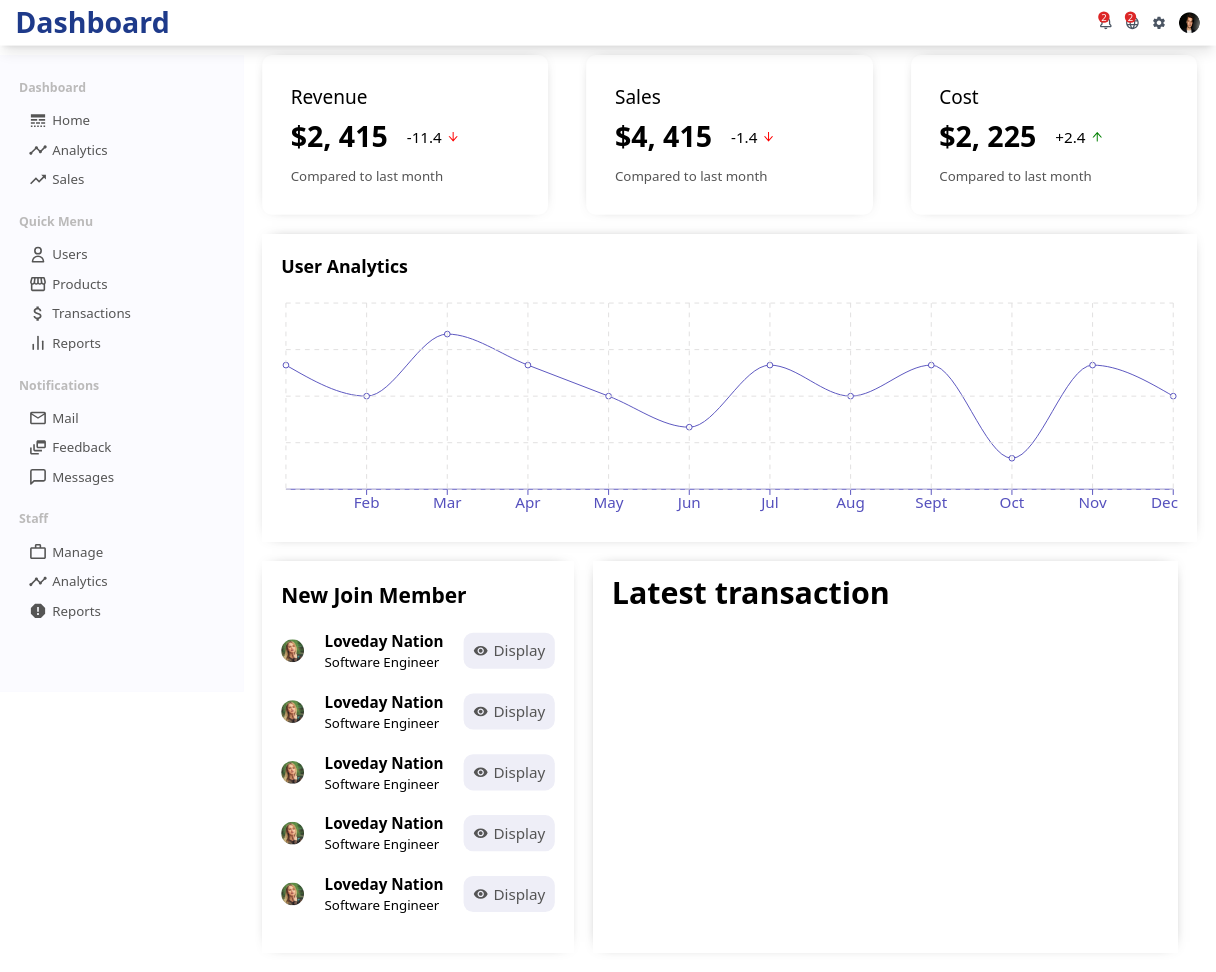
Repository: nation430/React-AdminDashboard
Page: /
The author's editor kept a copy of each file at every save. The page is drawn from the files as they stood at one save, then again after the next save.
The browser window is 1280 px wide. The pictures show the whole page, at 95% of full size.
The project was rebuilt for these pictures with package versions that can differ from the ones it lists, and the page was loaded fresh each time.

Above is the page before, as saved 2022-08-22 13:33:08.

### public/index.html
<!DOCTYPE html>
<html lang="en">
  <head>
    <meta charset="utf-8" />
    <meta name="viewport" content="width=device-width, initial-scale=1" />
    <meta name="theme-color" content="#000000" />
    <meta
      name="description"
      content="Web site created using create-react-app"
    />
    <link rel="preconnect" href="https://fonts.googleapis.com" />
    <link rel="preconnect" href="https://fonts.gstatic.com" crossorigin />
    <link
      href="https://fonts.googleapis.com/css2?family=Source+Sans+Pro:wght@200;300;400;600;700&display=swap"
      rel="stylesheet"
    />

    <title>React Admin Dashboard</title>
  </head>
  <body>
    <noscript>You need to enable JavaScript to run this app.</noscript>
    <div id="root"></div>
  </body>
</html>

### src/index.css
@tailwind base;
h1 {
  @apply text-2xl;
}
h2 {
  @apply text-xl;
}
h3 {
  @apply text-lg;
}
@tailwind components;
@tailwind utilities;

* {
  margin: 0;
  padding:0;
  box-sizing: border-box;

}

### src/App.js
import Topbar from "./components/topbar/Topbar";
import Sidebar from "./components/sidebar/Sidebar";
import Home from "./pages/home/Home";
import "./app.css";

function App() {
  return (
    <div>
      <Topbar />
      <div className="wrapper flex h-full">
        <Sidebar />
        <Home />
      </div>
    </div>
  );
}

export default App;

### src/components/topbar/Topbar.jsx
import React from "react";
import  "./topbar.css";
import { BiBell } from 'react-icons/bi';
import { MdLanguage, MdSettings  } from "react-icons/md";


export default function Topbar () {
    return(
        <div className="topbar w-full h-12 bg-white sticky top-0 z-50 shadow-lg ">
            <div className="topbarWeapper flex items-center justify-between h-full px-4 py-0">
            <div className="topLeft">
                <span className="logo font-bold text-3xl text-blue-900 cursor-pointer ...">Dashboard</span>
            </div>
            <div className="topRight flex items-center">

                {/* First icon  */}
                <div className="topbarIconsContainer relative cursor-pointer ... ml-3 text-gray-600">
                <BiBell />
                <span className="topIconBadge absolute text-white bg-red-600 right-1 -top-1 flex items-center justify-center rounded-full text-xs h-3 w-3">2</span>
                </div>

                   {/*second icon  */}
                <div className="topbarIconsContainer relative cursor-pointer ... ml-3 text-gray-600">
                <MdLanguage />
                <span className="topIconBadge absolute text-white bg-red-600 right-1 -top-1 flex items-center justify-center rounded-full text-xs h-3 w-3">2</span>
                </div>


                    {/*third icon  */}
                <div className="topbarIconsContainer relative cursor-pointer ... mx-3 text-gray-600">
                < MdSettings  />
                </div>

                <img src="images/img.png" alt="BigCo Inc. logo"  className="topAvater w-6 h-6 rounded-full cursor-pointer ..."/>

            </div>
            </div>
        </div>
    )

}

### src/components/sidebar/Sidebar.jsx
import "./sidebar.css";
import { MdLineStyle, MdOutlineTimeline, MdTrendingUp, MdStorefront, MdAttachMoney, MdOutlineMail, MdDynamicFeed, MdWorkOutline, MdReport} from "react-icons/md";
import { HiOutlineUser} from "react-icons/hi";
import { FiBarChart2, FiMessageSquare} from "react-icons/fi";

export default function sidebar(){
    return(
        <div className="sidebar sticky">
        <div className="sidebarWrapper p-5">
            {/* first sidenavbar */}
            <div className="sidebarMenu mb-2.5">
                <h3 className="sidebarTitle">Dashboard</h3>
                <ul className="sidebarList px-4 py-0">
                    <li className="sidebarListItems flex items-center">
                    <MdLineStyle className="sidebarIcon"/>
                    Home
                    </li>

                    <li className="sidebarListItems flex items-center">
                    <MdOutlineTimeline className="sidebarIcon" />
                    Analytics
                    </li>


                    <li className="sidebarListItems flex items-center">
                    <MdTrendingUp className="sidebarIcon" />
                   Sales
                    </li>
                </ul>
            </div>

            {/* second sidenavbar */}
            <div className="sidebarMenu mb-2.5">
                <h3 className="sidebarTitle">Quick Menu</h3>
                <ul className="sidebarList px-4 py-1">
                    <li className="sidebarListItems flex items-center">
                    <HiOutlineUser className="sidebarIcon" />
                    Users
                    </li>

                    <li className="sidebarListItems flex  items-center" >
                    <MdStorefront className="sidebarIcon" />
                    Products
                    </li>

                    <li className="sidebarListItems flex items-center">
                    <MdAttachMoney className="sidebarIcon" />
                   Transactions
                    </li>


                    <li className="sidebarListItems flex items-center">
                    <FiBarChart2 className="sidebarIcon" />
                   Reports
                    </li>
                </ul>
            </div>

                {/* third sidenavbar */}
                <div className="sidebarMenu mb-2.5">
                <h3 className="sidebarTitle">Notifications</h3>
                <ul className="sidebarList px-4 py-1">
                    <li className="sidebarListItems flex items-center">
                    <MdOutlineMail className="sidebarIcon" />
                    Mail
                    </li>

                    <li className="sidebarListItems flex  items-center" >
                    <MdDynamicFeed className="sidebarIcon" />
                    Feedback
                    </li>

                    <li className="sidebarListItems flex items-center">
                    <FiMessageSquare className="sidebarIcon" />
                   Messages
                    </li>
                </ul>
            </div>

                {/* fourth sidenavbar */}
                <div className="sidebarMenu mb-2.5">
                <h3 className="sidebarTitle">Staff</h3>
                <ul className="sidebarList px-4 py-1">
                    <li className="sidebarListItems flex items-center">
                    <MdWorkOutline className="sidebarIcon" />
                    Manage
                    </li>

                    <li className="sidebarListItems flex  items-center" >
                    <MdOutlineTimeline className="sidebarIcon" />
                    Analytics
                    </li>

                    <li className="sidebarListItems flex items-center">
                    <MdReport className="sidebarIcon" />
                   Reports
                    </li>
                </ul>
            </div>
        </div>
        </div>
    )
}

### src/pages/home/Home.jsx
import "./home.css"
import FeaturedInfo from "../../featuredInfo/featuredInfo"
import Chart from "../../chart/Chart"
import { userData } from "../../dummyData"
import WidgetLg from "../../widgetLg/WidgetLg"
import WidgetSm from "../../widgetSm/WidgetSm"




export default function Home(){
    return (
        <div className="home">
            <FeaturedInfo/>
            <Chart data={userData} dataKey = "Active User" title = "User Analytics" grid/>
            <div className="widget flex m-5">
            <WidgetSm/>
            <WidgetLg/>
            </div>

        </div>
    )
}

### src/app.css

* {
    margin: 0;
    padding:0;
    box-sizing: border-box;

}


h1{
    font-size: 2em ;
    font-weight: bolder;
}

h2{
    font-size: 1.5em ;
    font-weight: bolder;
}

h3{
    font-size: 1.17em ;
    font-weight: bolder;
}

.wrapper{
    margin-top:10px;
}

### src/components/topbar/topbar.css
.text-xs{
    font-size: 10px;
  }

### src/components/sidebar/sidebar.css
.sidebar{
    flex: 1;
    height: calc(100vh - 50px);
    top:50px;
    background:rgb(251, 251, 255);
}

.sidebarWrapper{
    color: #555;
}

.sidebarTitle{
    font-size: 13px;
    color:rgb(187, 186, 186);
}

.sidebarList{
    padding:5px;
    font-size: 14px;;
}


.sidebarListItems {
    padding:5px;
    cursor: pointer;
    border-radius: 10px;
}

.sidebarListItems.active,
.sidebarListItems:hover{
    background:rgb(228, 228, 250);
}

.sidebarIcon{
    margin-right:5px;
    font-size:20px;
}

### src/pages/home/home.css
.home {
    flex:4;

}

### src/featuredInfo/featuredInfo.jsx
import "./featuredInfo.css"
import { AiOutlineArrowDown, AiOutlineArrowUp} from "react-icons/ai";

export default function fearturedInfo(){
    return (
        <div className="featured w-full flex justify-between">
            {/* first feature */}
            <div className="featuredItem">
                <span className="featuredTitle text-xl">Revenue</span>
                <div className="featuredMoneyContainer flex ">
                    <span className="featuredMoney font-semibold text-3xl">$2, 415</span>
                    <span className="featuredMonetRate flex items-center">-11.4
                    <AiOutlineArrowDown className="featuredIcon negative"/>
                    </span>
                </div>
                <span className="featuredSub">Compared to last month</span>
            </div>

            {/* second feature */}
              <div className="featuredItem">
                <span className="featuredTitle text-xl">Sales</span>
                <div className="featuredMoneyContainer flex">
                    <span className="featuredMoney font-semibold text-3xl">$4, 415</span>
                    <span className="featuredMonetRate flex items-center">-1.4
                    <AiOutlineArrowDown className="featuredIcon negative"/>
                    </span>
                </div>
                <span className="featuredSub">Compared to last month</span>
            </div>

            {/* third feature */}
            <div className="featuredItem">
                <span className="featuredTitle text-xl">Cost</span>
                <div className="featuredMoneyContainer flex">
                    <span className="featuredMoney font-semibold text-3xl">$2, 225</span>
                    <span className="featuredMonetRate flex items-center">+2.4
                    <AiOutlineArrowUp className="featuredIcon"/>
                    </span>
                </div>
                <span className="featuredSub">Compared to last month</span>
            </div>
        </div>
    )
}

### src/chart/Chart.jsx
import "./chart.css"
import { LineChart, Line, XAxis, CartesianGrid, Tooltip, ResponsiveContainer } from 'recharts';

export default function Chart({title, data, dataKey, grid}){

    return(
        <div className="chart p-5 m-5">
            <h3 className="chartfile mb-5">{title}</h3>
            <ResponsiveContainer width="100%" aspect={4 / 1}>
        <LineChart data={data}>
          <XAxis dataKey="name" stroke="#5550bd" />
          <Line type="monotone" dataKey={dataKey} stroke="#5550bd" />
          <Tooltip />
     {  grid && <CartesianGrid strokeDasharray="5 5" stroke="#e0dfdf" />}
        </LineChart>
      </ResponsiveContainer>
        </div>
    )
}

### src/dummyData.js
export const userData = [
  {
    name: "Jan",
    "Active User": 4000,
  },
  {
    name: "Feb",
    "Active User": 3000,
  },
  {
    name: "Mar",
    "Active User": 5000,
  },
  {
    name: "Apr",
    "Active User": 4000,
  },
  {
    name: "May",
    "Active User": 3000,
  },
  {
    name: "Jun",
    "Active User": 2000,
  },
  {
    name: "Jul",
    "Active User": 4000,
  },
  {
    name: "Aug",
    "Active User": 3000,
  },
  {
    name: "Sept",
    "Active User": 4000,
  },
  {
    name: "Oct",
    "Active User": 1000,
  },
  {
    name: "Nov",
    "Active User": 4000,
  },
  {
    name: "Dec",
    "Active User": 3000,
  },
];

### src/widgetLg/WidgetLg.jsx
import "./widgetLg.css"

export default function widgetLg(){
    return(
        <div className="widgetLg p-5 mr-5">
            <h3 className="widgetLgTitle font-semibold">Latest transaction</h3>

        </div>
    )
}

### src/widgetSm/WidgetSm.jsx
import "./widgetSm.css"
import {MdVisibility  } from "react-icons/md";

export default function widgetSm(){
    return(
        <div className="widgetSm p-5 mr-5">
            <span className="widgetSmTitle font-semibold">New Join Member</span>
            <ul className="widgetSmList m-0 p-0">
                <li className="widgetSmListItem flex items-center justify-between">
                <img src="images/member1.jpg" alt="MemberImg"  className="memberAvater w-6 h-6 rounded-full object-cover"/>
                <div className="widegetSmUser flex flex-col	">
                <span className="widgetSmUsername font-semibold">Loveday Nation</span>
                 <span className="widgetSmUserTitle font-light text-sm">Software Engineer</span>
                </div>
                <button type="button" className="widgetSmButton flex items-center border-none">
               <MdVisibility className="widgetSmIcon text-base"/>
               Display
                </button>
                </li>
            </ul>

            {/* second member */}
            <ul className="widgetSmList m-0 p-0">
                <li className="widgetSmListItem flex items-center justify-between">
                <img src="images/member1.jpg" alt="MemberImg"  className="memberAvater w-6 h-6 rounded-full object-cover"/>
                <div className="widegetSmUser flex flex-col	">
                <span className="widgetSmUsername font-semibold">Loveday Nation</span>
                 <span className="widgetSmUserTitle font-light text-sm">Software Engineer</span>
                </div>
                <button type="button" className="widgetSmButton flex items-center border-none">
               <MdVisibility className="widgetSmIcon text-base"/>
               Display
                </button>
                </li>
            </ul>

            {/* third member */}
            <ul className="widgetSmList m-0 p-0">
                <li className="widgetSmListItem flex items-center justify-between">
                <img src="images/member1.jpg" alt="MemberImg"  className="memberAvater w-6 h-6 rounded-full object-cover"/>
                <div className="widegetSmUser flex flex-col	">
                <span className="widgetSmUsername font-semibold">Loveday Nation</span>
                 <span className="widgetSmUserTitle font-light text-sm">Software Engineer</span>
                </div>
                <button type="button" className="widgetSmButton flex items-center border-none">
               <MdVisibility className="widgetSmIcon text-base"/>
               Display
                </button>
                </li>
            </ul>


            {/* fourth member */}

            <ul className="widgetSmList m-0 p-0">
                <li className="widgetSmListItem flex items-center justify-between">
                <img src="images/member1.jpg" alt="MemberImg"  className="memberAvater w-6 h-6 rounded-full object-cover"/>
                <div className="widegetSmUser flex flex-col	">
                <span className="widgetSmUsername font-semibold">Loveday Nation</span>
                 <span className="widgetSmUserTitle font-light text-sm">Software Engineer</span>
                </div>
                <button type="button" className="widgetSmButton flex items-center border-none">
               <MdVisibility className="widgetSmIcon text-base"/>
               Display
                </button>
                </li>
            </ul>


            {/* fifth member */}

            <ul className="widgetSmList m-0 p-0">
                <li className="widgetSmListItem flex items-center justify-between">
                <img src="images/member1.jpg" alt="MemberImg"  className="memberAvater w-6 h-6 rounded-full object-cover"/>
                <div className="widegetSmUser flex flex-col	">
                <span className="widgetSmUsername font-semibold">Loveday Nation</span>
                 <span className="widgetSmUserTitle font-light text-sm">Software Engineer</span>
                </div>
                <button type="button" className="widgetSmButton flex items-center border-none">
               <MdVisibility className="widgetSmIcon text-base"/>
               Display
                </button>
                </li>
            </ul>
        </div>
    )
}

### src/featuredInfo/featuredInfo.css
.featuredItem{
    flex: 1;
    margin:0px 20px;
    padding:30px;
    border-radius: 10px;
    cursor: pointer;
    box-shadow: 0px 0px 15px -10px rgba(0,0,0,0.75);
-webkit-box-shadow:0px 0px 15px -10px rgba(0,0,0,0.75);
-moz-box-shadow: 0px 0px 15px -10px rgba(0,0,0,0.75);
}

.featuredMoneyContainer{
    margin:10px 0px;
}

.featuredMonetRate{
    margin-left: 20px;

}

.featuredIcon{
    font-size: 14px;
    margin-left:5px;
    color:green;
}

.featuredIcon.negative{
    color:red;
}


.featuredSub{
    font-size: 14px;
    color:#555;
}

### src/chart/chart.css
.chart{
    box-shadow: 0px 0px 15px -10px rgba(0,0,0,0.75);
    -webkit-box-shadow:0px 0px 15px -10px rgba(0,0,0,0.75);
    -moz-box-shadow: 0px 0px 15px -10px rgba(0,0,0,0.75);
}

### src/widgetLg/widgetLg.css
.widgetLg{
    flex: 2;
    box-shadow: 0px 0px 15px -10px rgba(0,0,0,0.75);
    -webkit-box-shadow:0px 0px 15px -10px rgba(0,0,0,0.75);
    -moz-box-shadow: 0px 0px 15px -10px rgba(0,0,0,0.75);

}

.widgetLgTitle {
    font-size: 32px;
}





/* table responsiveness */
@media (min-width: 640px) {
    table {
      display: inline-table !important;
    }

    thead tr:not(:first-child) {
      display: none;
    }
  }

  td:not(:last-child) {
    border-bottom: 0;
  }

  th:not(:last-child) {
    border-bottom: 2px solid rgba(0, 0, 0, .1);
  }

### src/widgetSm/widgetSm.css
.widgetSm{
    flex: 1;
    box-shadow: 0px 0px 15px -10px rgba(0,0,0,0.75);
    -webkit-box-shadow:0px 0px 15px -10px rgba(0,0,0,0.75);
    -moz-box-shadow: 0px 0px 15px -10px rgba(36, 19, 19, 0.75);
}

.widgetSmTitle{
    font-size: 22px;
}

.widgetSmListItem{
    margin: 20px 0px;
}

.widgetSmButton{
    padding:7px 10px;
    background: #eeeef7;
    color:#555;
    border-radius: 10px;
}

.widgetSmIcon {
    margin-right: 5px;
}

Loaded but not shown: src/index.js (common file); tailwind.config.js (common file)

After the next save:
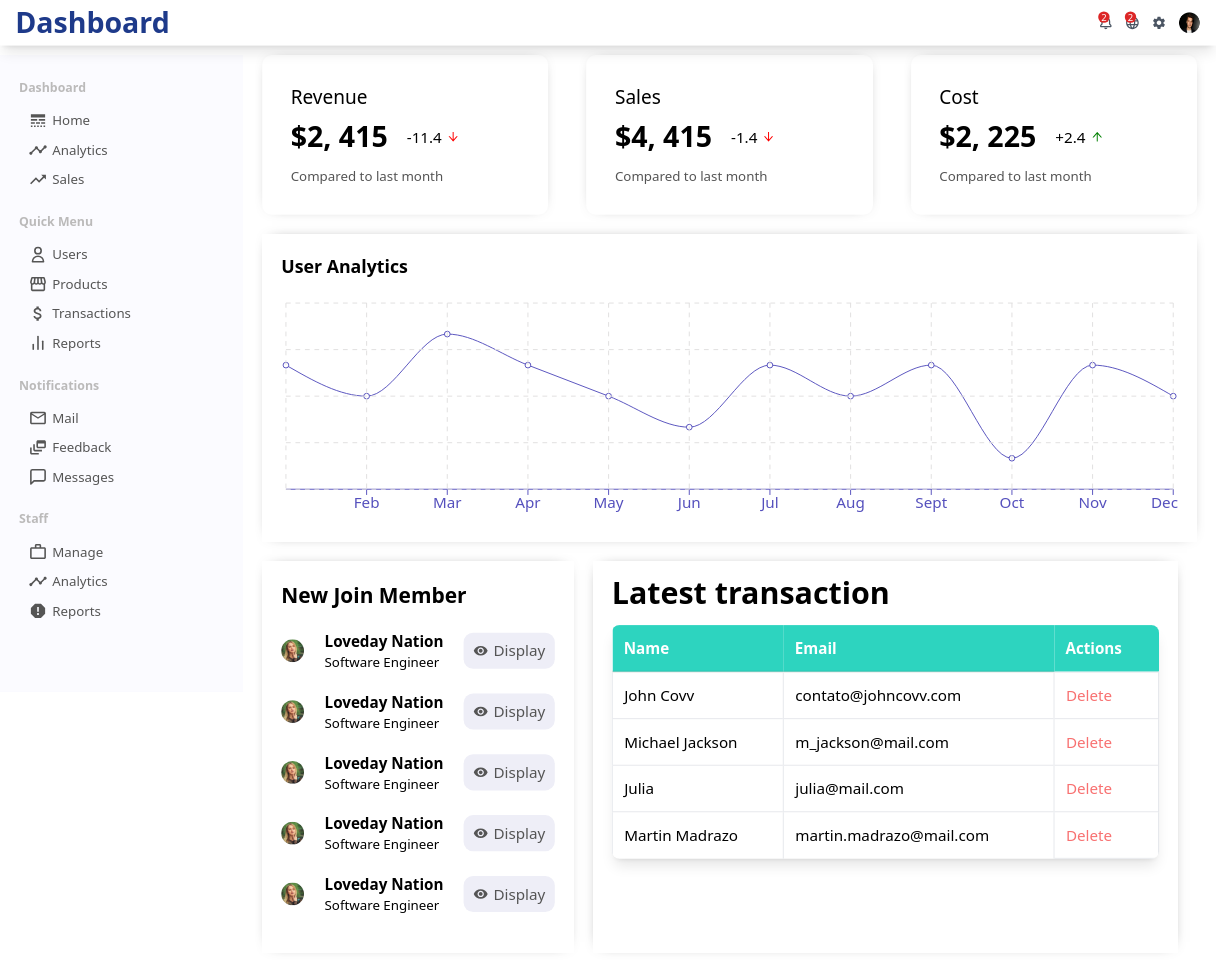
Saved 52 s later.
--- a/src/widgetLg/WidgetLg.jsx
+++ b/src/widgetLg/WidgetLg.jsx
@@ -4,6 +4,54 @@ export default function widgetLg(){
     return(
         <div className="widgetLg p-5 mr-5">
             <h3 className="widgetLgTitle font-semibold">Latest transaction</h3>
+            <div className="container">
+            <table class="w-full flex flex-row flex-no-wrap sm:bg-white rounded-lg overflow-hidden sm:shadow-lg my-5">
+			<thead class="text-white">
+				<tr class="bg-teal-400 flex flex-col flex-no wrap sm:table-row rounded-l-lg sm:rounded-none mb-2 sm:mb-0">
+					<th class="p-3 text-left">Name</th>
+					<th class="p-3 text-left">Email</th>
+					<th class="p-3 text-left" width="110px">Actions</th>
+				</tr>
+				<tr class="bg-teal-400 flex flex-col flex-no wrap sm:table-row rounded-l-lg sm:rounded-none mb-2 sm:mb-0">
+					<th class="p-3 text-left">Name</th>
+					<th class="p-3 text-left">Email</th>
+					<th class="p-3 text-left" width="110px">Actions</th>
+				</tr>
+                <tr class="bg-teal-400 flex flex-col flex-no wrap sm:table-row rounded-l-lg sm:rounded-none mb-2 sm:mb-0">
+                  <th class="p-3 text-left">Name</th>
+                  <th class="p-3 text-left">Email</th>
+                  <th class="p-3 text-left" width="110px">Actions</th>
+              </tr>
+                <tr class="bg-teal-400 flex flex-col flex-no wrap sm:table-row rounded-l-lg sm:rounded-none mb-2 sm:mb-0">
+                  <th class="p-3 text-left">Name</th>
+                  <th class="p-3 text-left">Email</th>
+                  <th class="p-3 text-left" width="110px">Actions</th>
+              </tr>
+			</thead>
+			<tbody class="flex-1 sm:flex-none">
+				<tr class="flex flex-col flex-no wrap sm:table-row mb-2 sm:mb-0">
+					<td class="border-grey-light border hover:bg-gray-100 p-3">John Covv</td>
+					<td class="border-grey-light border hover:bg-gray-100 p-3 truncate">contato@johncovv.com</td>
+					<td class="border-grey-light border hover:bg-gray-100 p-3 text-red-400 hover:text-red-600 hover:font-medium cursor-pointer">Delete</td>
+				</tr>
+				<tr class="flex flex-col flex-no wrap sm:table-row mb-2 sm:mb-0">
+					<td class="border-grey-light border hover:bg-gray-100 p-3">Michael Jackson</td>
+					<td class="border-grey-light border hover:bg-gray-100 p-3 truncate">m_jackson@mail.com</td>
+					<td class="border-grey-light border hover:bg-gray-100 p-3 text-red-400 hover:text-red-600 hover:font-medium cursor-pointer">Delete</td>
+				</tr>
+                <tr class="flex flex-col flex-no wrap sm:table-row mb-2 sm:mb-0">
+                    <td class="border-grey-light border hover:bg-gray-100 p-3">Julia</td>
+                    <td class="border-grey-light border hover:bg-gray-100 p-3 truncate">julia@mail.com</td>
+                    <td class="border-grey-light border hover:bg-gray-100 p-3 text-red-400 hover:text-red-600 hover:font-medium cursor-pointer">Delete</td>
+                </tr>
+                <tr class="flex flex-col flex-no wrap sm:table-row mb-2 sm:mb-0">
+                  <td class="border-grey-light border hover:bg-gray-100 p-3">Martin Madrazo</td>
+                  <td class="border-grey-light border hover:bg-gray-100 p-3 truncate">martin.madrazo@mail.com</td>
+                  <td class="border-grey-light border hover:bg-gray-100 p-3 text-red-400 hover:text-red-600 hover:font-medium cursor-pointer">Delete</td>
+                </tr>
+			</tbody>
+		</table>
+            </div>
 
         </div>
     )
